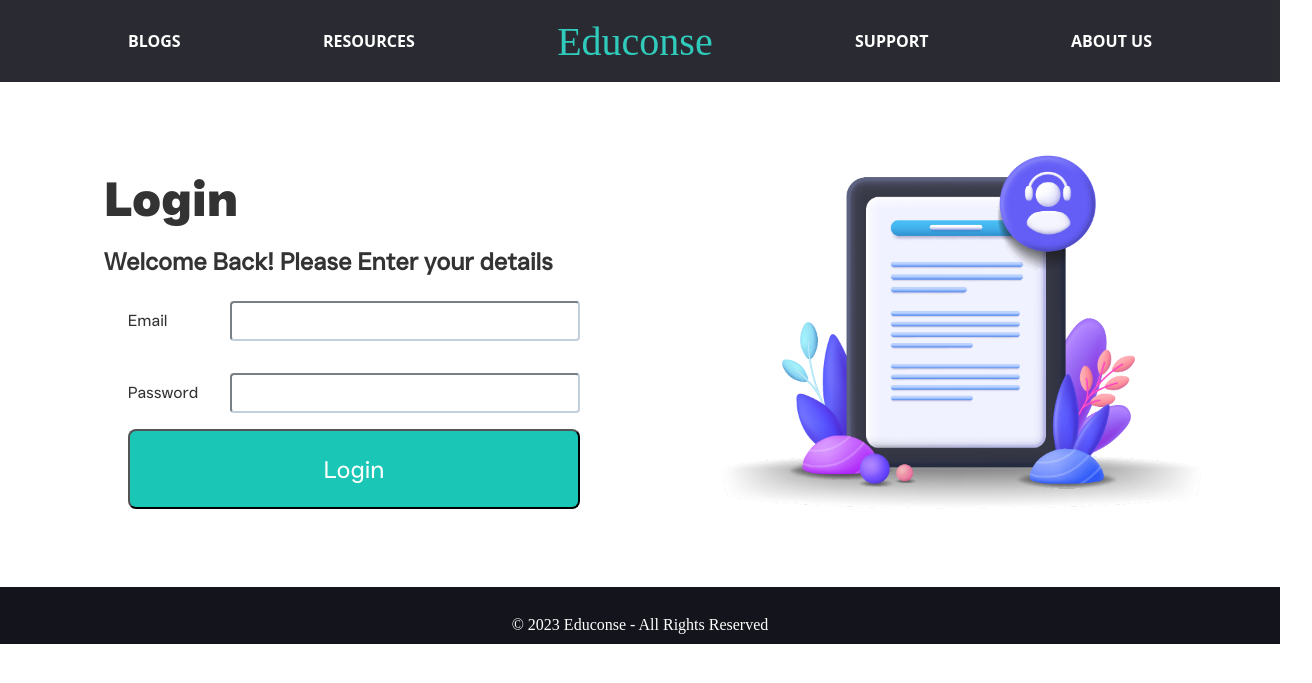
Repository: devajay07/educonse
Page: pages/login.html
The author's editor kept a copy of each file at every save. The page is drawn from the files as they stood at one save, then again after a run of saves.
The browser window is 1280 px wide. The page is 1312 px wide, so the pictures cover 1312 px, including what lies to the right of the window. The pictures show the whole page.

Above is the page before, as saved 2023-10-15 02:50:08.

### pages/login.html
<!DOCTYPE html>
<html lang="en">

<head>
  <meta charset="UTF-8" />
  <meta name="viewport" content="width=device-width, initial-scale=1.0" />
  <title>Document</title>

  <script src="https://code.jquery.com/jquery-3.7.0.js"></script>
  <link rel="stylesheet" href="/css/header.css" />
  <link rel="stylesheet" href="/css/login.css" />
</head>

<body>
  <header id="header"></header>
  <main>
    <div class="login-panel">
      <div class="left-section">
        <div class="top">
          <h1 class="heading">Login</h1>
          <h2 class="sub-heading">Welcome Back! Please Enter your details</h2>
        </div>
        <div class="input-form" id="input-form">
          <div class="email">
            <label for="email-input">Email</label>
            <input type="email" name="email-input" id="email-input" />
          </div>
          <div class="password">
            <label for="password-input">Password</label>
            <input type="password" id="password-input">
          </div>
          <div class="">
            <a href="#"></a>
          </div>
          <input type="button" value="Login" id="submit">
        </div>

      </div>
      <div class="right-section">

        <img src="/images/login1.png" alt="Login Image" id="login-img">
      </div>
    </div>
  </main>
  <footer>
    <div class="footer-2">&copy; 2023 Educonse - All Rights Reserved</div>
  </footer>
  <script>
    $(document).ready(function () {
      $("#header").load("/pages/header.html");
    });
  </script>
</body>

</html>

### css/header.css
@import url("https://cdnjs.cloudflare.com/ajax/libs/font-awesome/6.4.2/css/all.min.css");
* {
  padding: 0;
  margin: 0;
  box-sizing: border-box;
}
@font-face {
  font-family: "brand-bold";
  src: url("/fonts/brand-bold.otf") format("opentype");
  font-weight: normal;
  font-style: normal;
}
@font-face {
  font-family: "brand-reg";
  src: url("/fonts/brand-regular.otf") format("opentype");
  font-weight: normal;
  font-style: normal;
}

:root {
  --brand-color: hsla(291, 60%, 34%, 1);
  --hookers-green: hsla(174, 17%, 46%, 1);
  --white: hsla(0, 0%, 100%, 1);
  --poppy: hsla(356, 74%, 52%, 1);
  --black: hsla(60, 1%, 14%, 1);
  --beige: #f5f5dc;

  --brand-bold: "brand-bold", sans-serif;
  --brand-reg: "brand-reg", sans-serif;
  --universal-margin: 1rem 8rem;
  --section-margin: 1rem;
  --footer-bg: rgb(20, 21, 28);
}

body {
  background-color: white;
  color: #333; /* A light version of black */
}

.nav-container {
  display: flex;
  align-items: center;
  justify-content: space-between;
  width: 100%;
  margin: var(--universal-margin);
  height: 50px;
}
.nav-container .nav-item {
  font-family: system-ui, -apple-system, BlinkMacSystemFont, "Segoe UI", Roboto,
    Oxygen, Ubuntu, Cantarell, "Open Sans", "Helvetica Neue", sans-serif;
  color: var(--white);
  font-weight: bolder;
}

nav {
  display: flex;
  justify-content: space-between;
  align-items: center;
  background-color: var(--footer-bg);
  opacity: 0.9;
  color: white;
}

nav .brand {
  font-size: 40px;
  color: var(--brand-color);
  font-family: var(--brand-font);
}

nav a {
  text-decoration: none;
  color: white;
}

footer {
  display: flex;
  flex-direction: column;
}
.footer-1 {
  display: flex;
  justify-content: space-evenly;
}
.footer-1 .customer-service > div {
  padding: 0.2rem;
}
.footer-1 h1 {
  font-size: 1.2rem;
  font-family: var(--brand-font);
  margin-bottom: 0.5rem;
}
.footer-1 p {
  font-size: 0.8rem;
  opacity: 0.6;
  color: #f0e8e8;
  padding: 0.3rem;
  font-family: var(--brand-reg);
}
.footer-1 .heading{
  padding-bottom: 1rem;
  font-family: var(--brand-bold);
}


.footer-1 span {
  font-size: 0.8rem;
  margin: 0.4rem;
}

.footer-1 a {
  color: #f0f0ea;
  text-decoration: none;
}
.footer-1 .reach-us {
  display: flex;
  align-items: center;
  flex-direction: column;
}

.reach-us iframe{
  border-radius: 8px;
}

.footer-2{
  padding-top: 1.2rem;
}

.text {
  color: white;
  font-size: 20px;
  position: absolute;
  top: 50%;
  left: 50%;
  transform: translate(-50%, -50%);
  -ms-transform: translate(-50%, -50%);
  white-space: nowrap;
}

@charset "UTF-8";

.svg-inline--fa {
  vertical-align: -0.2em;
}

.rounded-social-buttons {
  text-align: center;
}

.rounded-social-buttons .social-button {
  display: inline-block;
  position: relative;
  cursor: pointer;
  width: 3.125rem;
  height: 3.125rem;
  border: 0.125rem solid transparent;
  padding: 0;
  text-decoration: none;
  text-align: center;
  color: #fefefe;
  font-size: 1.5625rem;
  font-weight: normal;
  line-height: 2em;
  border-radius: 1.6875rem;
  transition: all 0.5s ease;
  margin-right: 0.25rem;
  margin-bottom: 0.25rem;
}

.rounded-social-buttons .social-button:hover,
.rounded-social-buttons .social-button:focus {
  -webkit-transform: rotate(360deg);
  -ms-transform: rotate(360deg);
  transform: rotate(360deg);
}

.rounded-social-buttons .fa-twitter,
.fa-facebook-f,
.fa-linkedin,
.fa-youtube,
.fa-instagram {
  font-size: 25px;
}

.rounded-social-buttons .social-button.facebook {
  background: #3b5998;
}

.rounded-social-buttons .social-button.facebook:hover,
.rounded-social-buttons .social-button.facebook:focus {
  color: #3b5998;
  background: #fefefe;
  border-color: #3b5998;
}

.rounded-social-buttons .social-button.twitter {
  background: #55acee;
}

.rounded-social-buttons .social-button.twitter:hover,
.rounded-social-buttons .social-button.twitter:focus {
  color: #55acee;
  background: #fefefe;
  border-color: #55acee;
}

.rounded-social-buttons .social-button.linkedin {
  background: #007bb5;
}

.rounded-social-buttons .social-button.linkedin:hover,
.rounded-social-buttons .social-button.linkedin:focus {
  color: #007bb5;
  background: #fefefe;
  border-color: #007bb5;
}

.rounded-social-buttons .social-button.youtube {
  background: #bb0000;
}

.rounded-social-buttons .social-button.youtube:hover,
.rounded-social-buttons .social-button.youtube:focus {
  color: #bb0000;
  background: #fefefe;
  border-color: #bb0000;
}

.rounded-social-buttons .social-button.instagram {
  background: #125688;
}

.rounded-social-buttons .social-button.instagram:hover,
.rounded-social-buttons .social-button.instagram:focus {
  color: #125688;
  background: #fefefe;
  border-color: #125688;
}

footer {
  background-color: var(--footer-bg);
  color: white;
  text-align: center;
  padding: 10px 0;
}

### css/login.css
@import url("/css/global.css");
main .login-panel{
  display: flex;
  justify-content: center;
  background-color: var(--white);
  font-family: var(--brand-reg);
}

.left-section{
  width: 800px;
  display: flex;
  flex-direction: column;
  justify-content: center;
  font-family: var(--brand-reg );
  padding: 2rem;
  padding-left: 8rem;
}

.input-form{
  display: flex;
  flex-direction: column;
  font-family: var(--brand-reg);
  padding-left: 2rem;

}
.input>div{
  font-size: 1.3rem;
  margin:0.5rem;
}
label{
  padding-right: 1rem;
}

input[type=password],input[type=email]{
  float: right;
  font-family: var(--brand-reg);
  width:350px;
  height: 40px;
  border-radius:4px;
  margin: 1rem;
  border-color: rgb(195, 208, 219);
  margin-right:0;
  text-align: center;
}
input[type=password]:focus,input[type=email]:focus
{
  background-color:rgb(127, 157, 184);
}

input[type=password]{
  font-size: xx-large;
}
#submit{
  height:80px;
  background-color:var(--brand-color);
  color:var(--white);
  font-family: var(--brand-reg);
  font-size: 1.5rem;
  border-radius:8px;

}
.heading{
  font-family: var(--brand-bold);
  font-size: 3rem;
  padding: 0.5rem;
}

.sub-heading{
  font-family: var(--brand-reg);
  font-size: 1.5rem;
  padding: 0.5rem;

}

.email,.password{
  width: 100%;
  display: flex;
  justify-content: space-between;
  align-items:center;
}


#login-img{
  width: 700px;
  height:500px;
  object-fit: contain;
}

### css/global.css
@import url("https://cdnjs.cloudflare.com/ajax/libs/font-awesome/6.4.2/css/all.min.css");
* {
  padding: 0;
  margin: 0;
  box-sizing: border-box;
}
@font-face {
  font-family: "brand-bold";
  src: url("/fonts/brand-bold.otf") format("opentype");
  font-weight: normal;
  font-style: normal;
}
@font-face {
  font-family: "brand-reg";
  src: url("/fonts/brand-regular.otf") format("opentype");
  font-weight: normal;
  font-style: normal;
}

:root {
  --brand-color: rgb(26, 198, 181);
  --hookers-green: hsla(174, 17%, 46%, 1);
  --white: hsla(0, 0%, 100%, 1);
  --poppy: hsla(356, 74%, 52%, 1);
  --black: hsla(60, 1%, 14%, 1);
  --beige: #f5f5dc;

  --brand-bold: "brand-bold", sans-serif;
  --brand-reg: "brand-reg", sans-serif;
  --universal-margin: 1rem 8rem;
  --section-margin: 1rem;
  --footer-bg: rgb(20, 21, 28);
}

### pages/header.html
<nav>
  <div class="nav-container">
    <div class="nav-item">BLOGS</div>
    <div class="nav-item">RESOURCES</div>
    <div class="brand">Educonse</div>
    <div class="nav-item">SUPPORT</div>
    <div class="nav-item">ABOUT US</div>
  </div>
</nav>

After the next 2 saves:
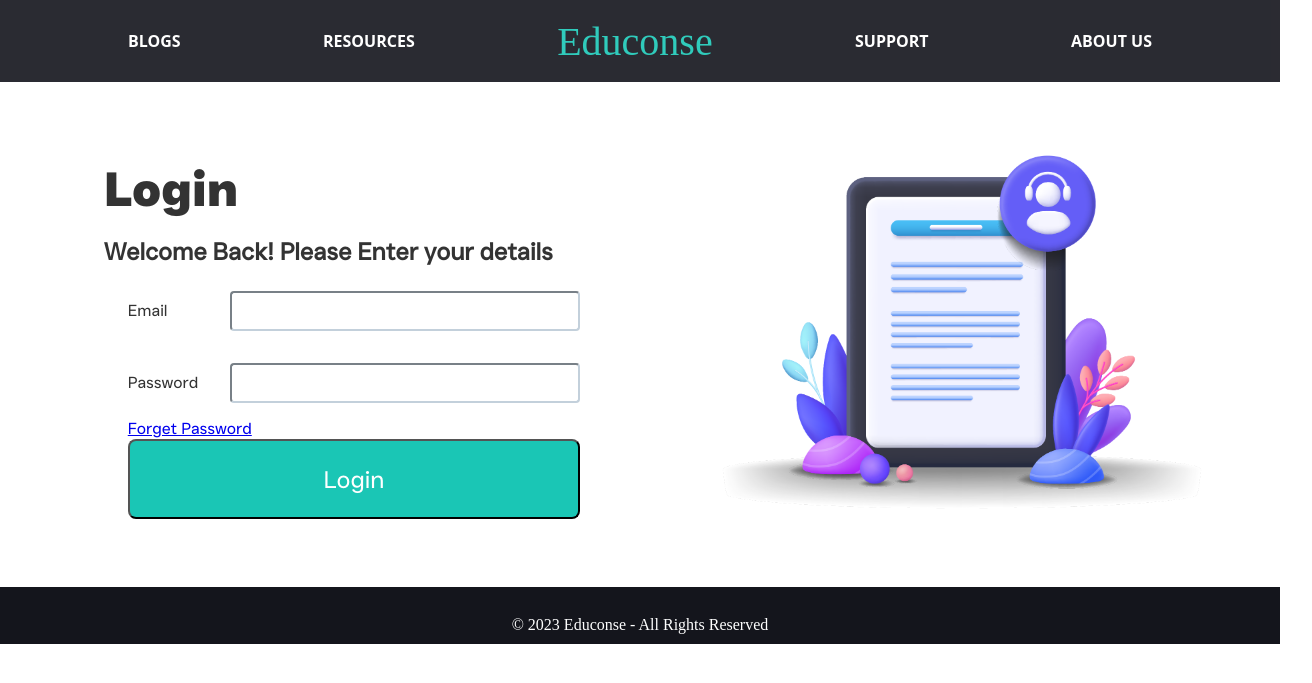
The 2 saves are shown as one change because they came seconds apart.
The last was saved 6 s later.
--- a/pages/login.html
+++ b/pages/login.html
@@ -30,7 +30,7 @@
             <input type="password" id="password-input">
           </div>
           <div class="">
-            <a href="#"></a>
+            <a href="#">Forget Password</a>
           </div>
           <input type="button" value="Login" id="submit">
         </div>
